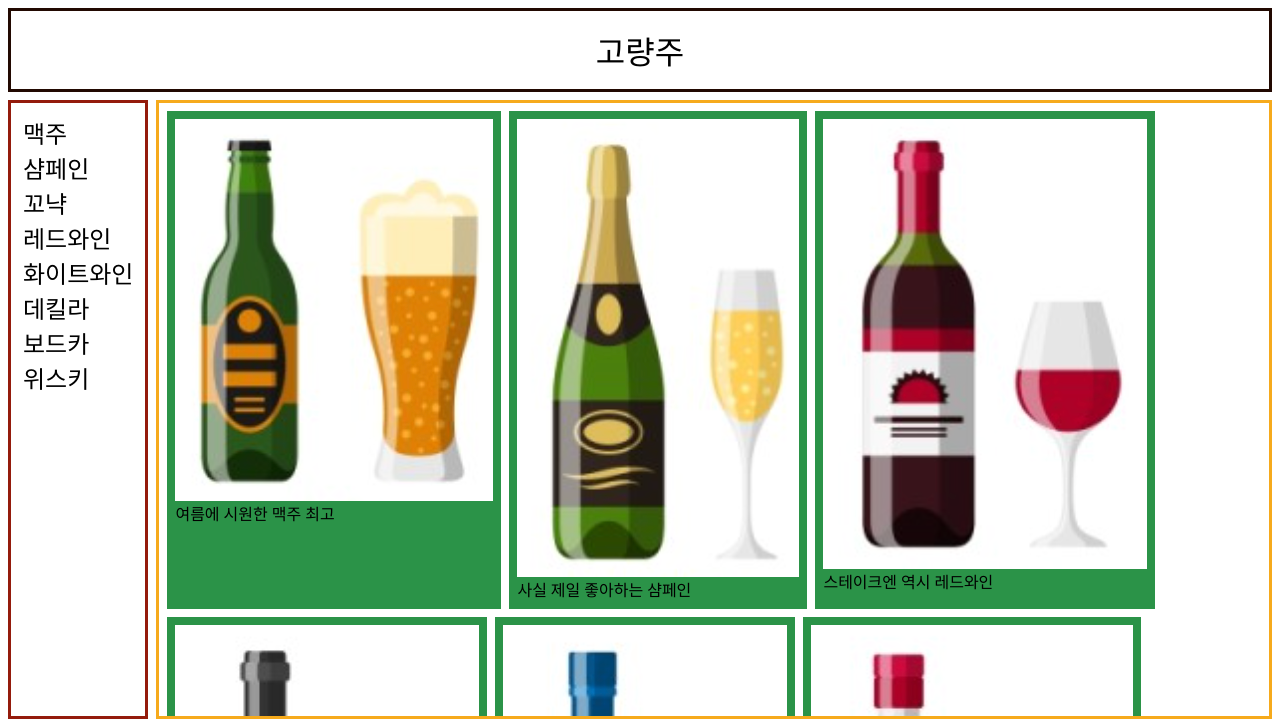
Repository: Jay-JYKim91/grj_2nd_week
Page: index.html
These files come from the project's save history. The page is drawn as it stood at one moment and after the next save; the edit follows.
The browser window is 1280 px wide. The pictures show the whole page.
An inner scrolling area shows only its first screen. Some web fonts or font styles are not loaded; a fallback is used.

Above is the page before, as saved 2022-05-03 14:39:41.

### index.html
<!DOCTYPE html>
<html lang="en">
<head>
    <meta charset="UTF-8">
    <meta http-equiv="X-UA-Compatible" content="IE=edge">
    <meta name="viewport" content="width=device-width, initial-scale=1.0">
    <title>Document</title>
    <link rel="stylesheet" href="./styles.css">
</head>
<body>
    <header>
        <span>고량주</span>
    </header>
    <main>
        <aside>
            <span>맥주</span>
            <span>샴페인</span>
            <span>꼬냑</span>
            <span>레드와인</span>
            <span>화이트와인</span>
            <span>데킬라</span>
            <span>보드카</span>
            <span>위스키</span>
        </aside>
        <section class="cards">
            <div class="card">
                <img src="./images/beer.png" alt="beer">
                <span>여름에 시원한 맥주 최고</span>
            </div>
            <div class="card">
                <img src="./images/champagne.png" alt="champagne">
                <span>사실 제일 좋아하는 샴페인</span>
            </div>
            <div class="card">
                <img src="./images/red_wine.png" alt="red_wine">
                <span>스테이크엔 역시 레드와인</span>
            </div>
            <div class="card">
                <img src="./images/white_wine.png" alt="white_wine">
                <span>홍합찜에 화이트와인 최고</span>
            </div>
            <div class="card">
                <img src="./images/tequila.png" alt="tequila">
                <span>미드에서만 봤던 데킬라</span>
            </div>
            <div class="card">
                <img src="./images/whiskey.png" alt="whiskey">
                <span>익숙하지만 안 마셔본 위스키</span>
            </div>
        </section>
    </main>
</body>
</html>

### styles.css
@import url("https://fonts.googleapis.com/css2?family=Hahmlet:wght@400;500&display=swap");

* {
  box-sizing: border-box;
  font-family: "Hahmlet", serif;
}

header {
  border: 3px solid #220901;
  padding: 0.5em;
  font-size: 2rem;
  text-align: center;
}

main {
  display: flex;
  margin: 0.5rem 0;
  gap: 0.5rem;
}

aside {
  display: flex;
  flex-direction: column;
  border: 3px solid #941b0c;
  padding: 0.5em;
  font-size: 1.5rem;
  min-width: max-content;
}

.cards {
  display: flex;
  flex-wrap: wrap;
  border: 3px solid #f6aa1c;
  padding: 0.5em;
  gap: 0.5em;
  overflow-y: scroll;
  height: 86vh;
}

.card {
  display: flex;
  flex-direction: column;
  background-color: #2b9348;
  padding: 0.5em;
}

After the next save:
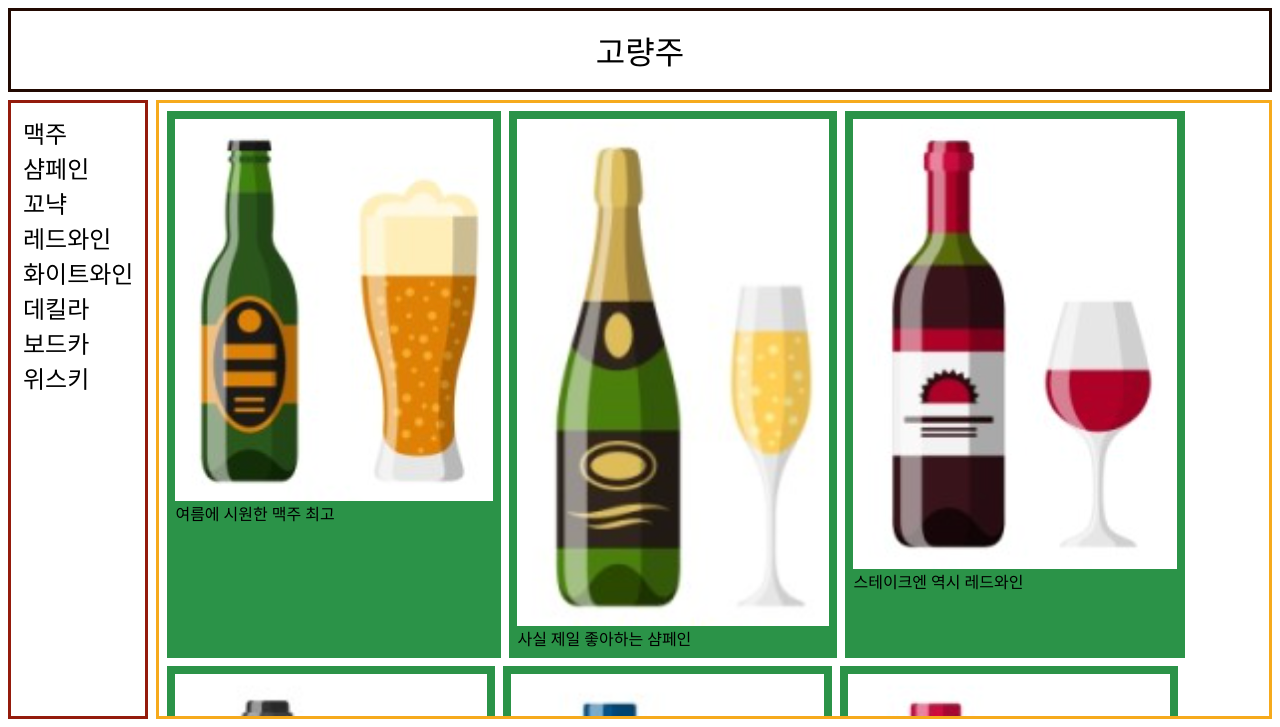
Saved 72 s later.
--- a/styles.css
+++ b/styles.css
@@ -42,4 +42,5 @@ aside {
   flex-direction: column;
   background-color: #2b9348;
   padding: 0.5em;
+  flex-basis: 30%;
 }
